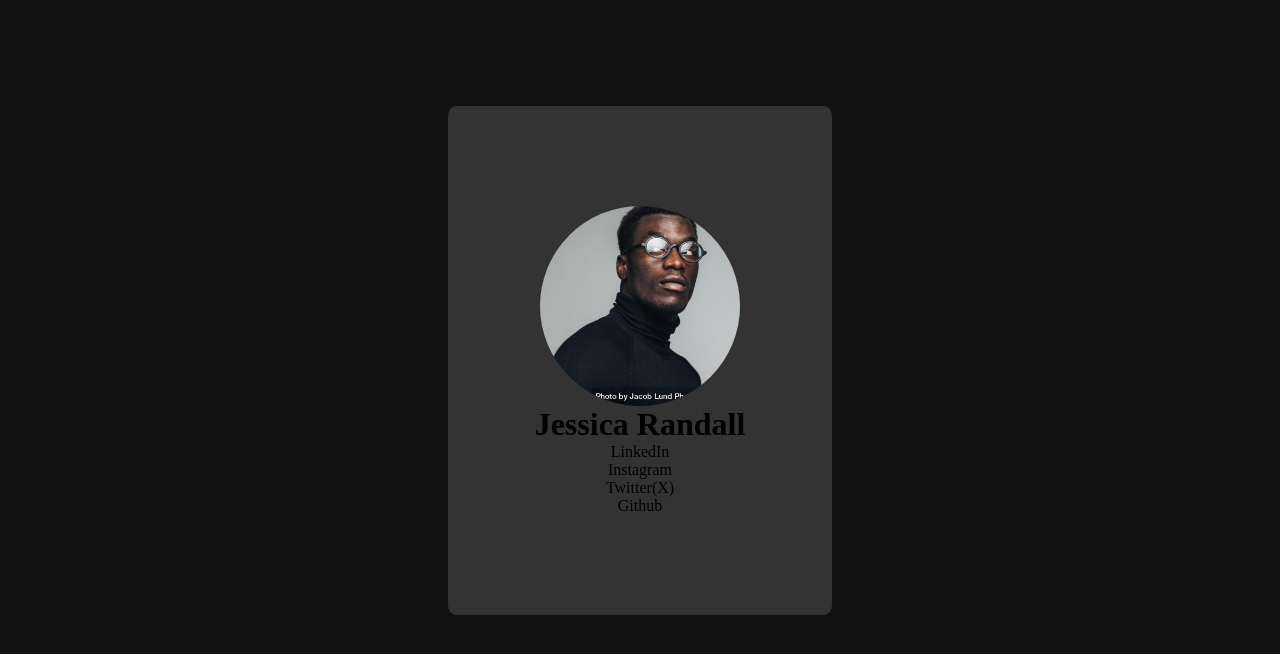
Repository: russel-success/Xcode-TASK-1
Page: index.html
The author's editor kept a copy of each file at every save. The page is drawn from the files as they stood at one save, then again after the next save.
The browser window is 1280 px wide. The pictures show the whole page.

Above is the page before, as saved 2024-04-29 01:09:08.

After the next save:
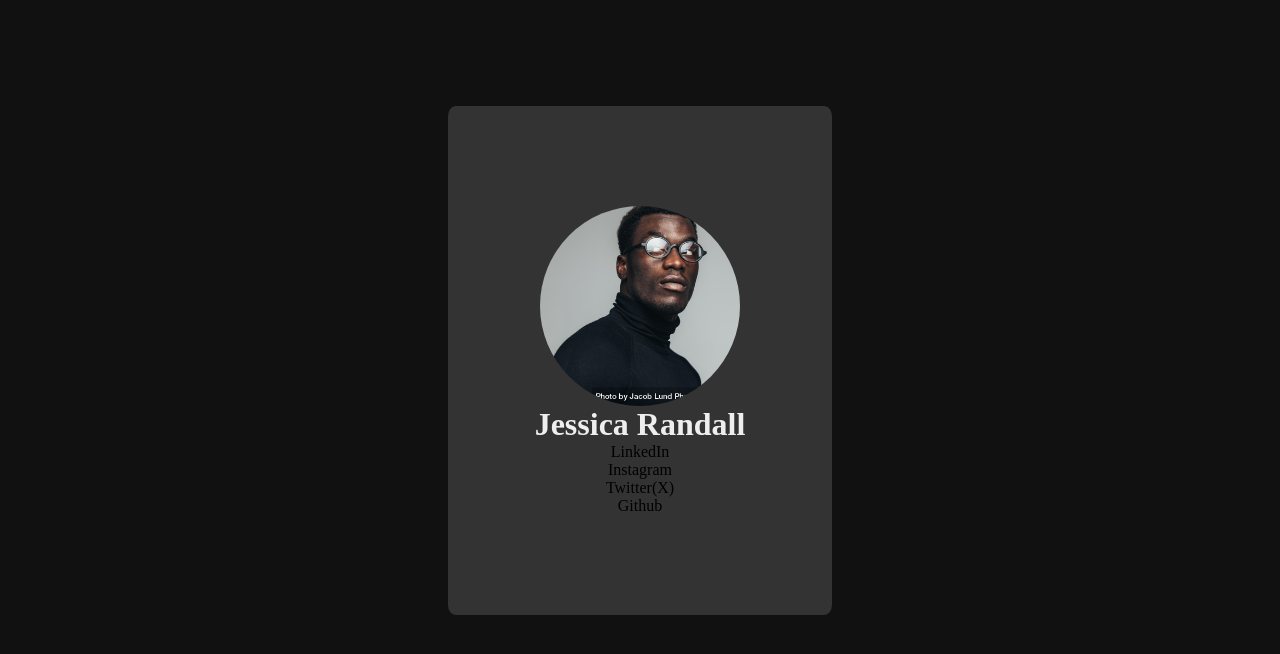
Saved 7 s later.
--- a/styles/styles.css
+++ b/styles/styles.css
@@ -29,5 +29,5 @@
     border-radius:50%;
 }
 h1{
-    color:
+    color:#eee
 }
